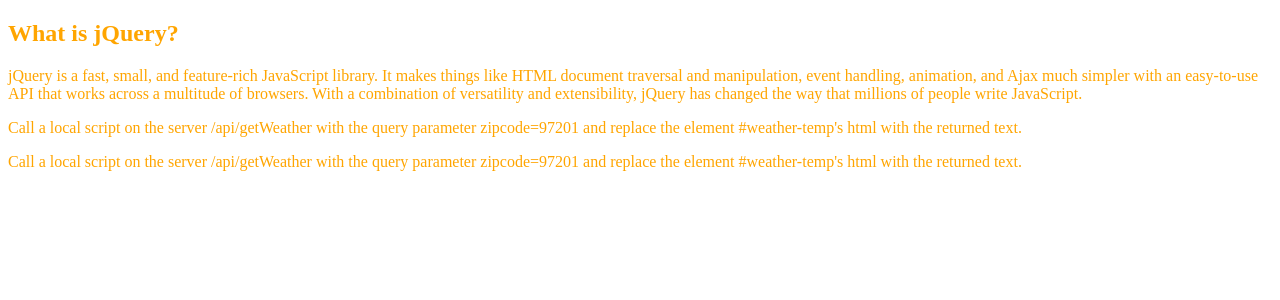
Repository: Migorithm/front_work
Page: front05_JQuery/src/main/webapp/1_selector/jq03_selector.html
An editor plug-in stored every save of this project. The page is shown before and after the next save, followed by the edit.
The browser window is 1280 px wide. The pictures show the whole page.

Above is the page before, as saved 2021-09-03 01:37:49.

After the next save:
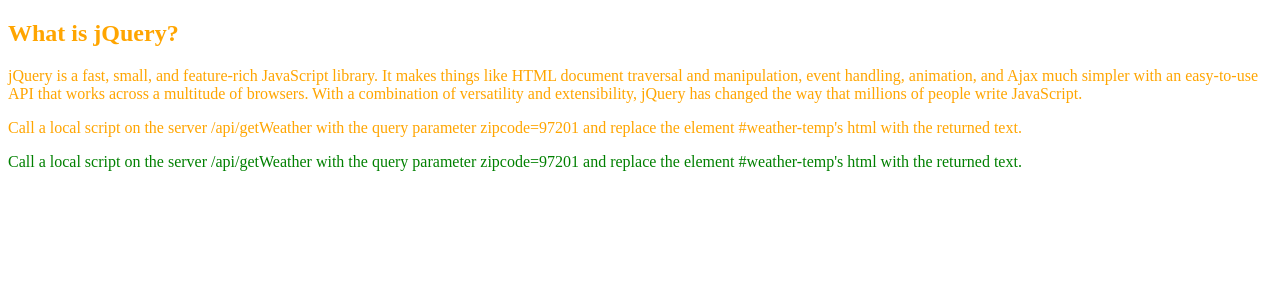
Saved 7 s later.
--- a/front05_JQuery/src/main/webapp/1_selector/jq03_selector.html
+++ b/front05_JQuery/src/main/webapp/1_selector/jq03_selector.html
@@ -11,13 +11,13 @@
 	$(function(){
 		//h2,p태그를 한꺼번에 모두 선택자로 지정..
 		$('h2, p').css('color','orange'); // 'h2, p'
-		});
+
 
 		//div, 태그의 후손들을 선택자로 지정... 글자색은 red
 		$('div p').css('color','red') //후손중 p인 애들
 		$('div>p').css('color','green') //직계자손중 p인 애들.
 
-
+	});
 </script>
 
 
